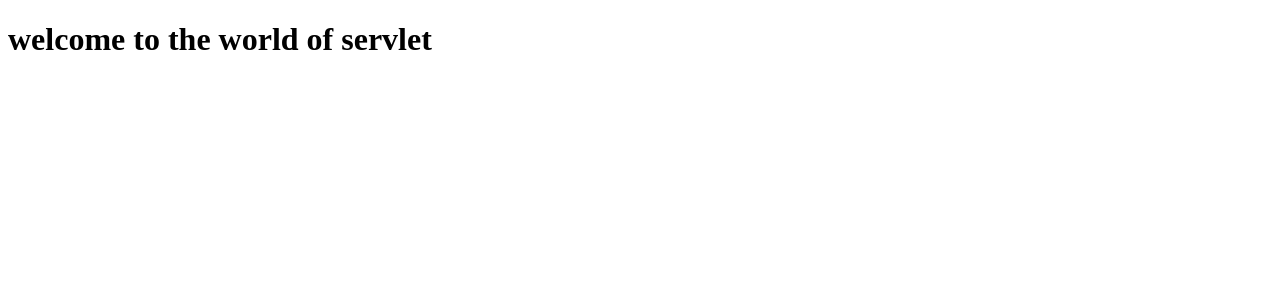
Repository: anuragbiradar-cmd/Servlet_client
Page: Servlet_Dyanamic_project/src/main/webapp/welcome.html
The author's editor kept a copy of each file at every save. The page is drawn from the files as they stood at one save, then again after the next save.
The browser window is 1280 px wide. The pictures show the whole page.

Above is the page before, as saved 2024-02-15 07:01:48.

### Servlet_Dyanamic_project/src/main/webapp/welcome.html
<!DOCTYPE html>
<html>
<head>
<meta charset="ISO-8859-1">
<title>Insert title here</title>
</head>
<body>
<h1>welcome to the world of servlet</h1>
</body>
</html>

### Servlet_Dyanamic_project/src/main/webapp/calc.css
@charset "ISO-8859-1";
body{
	background-color: blue;
	align-items: center;
	color: white;
}
body a{
	color :red;
}

After the next save:
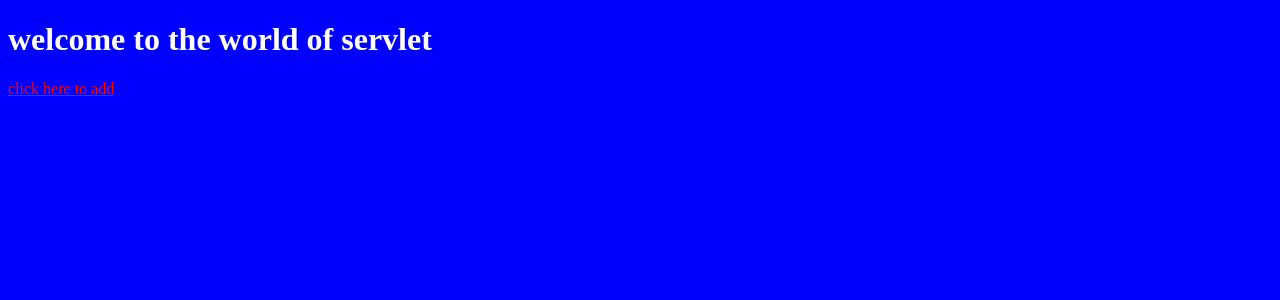
Saved 3 min 48 s later.
--- a/Servlet_Dyanamic_project/src/main/webapp/welcome.html
+++ b/Servlet_Dyanamic_project/src/main/webapp/welcome.html
@@ -1,10 +1,12 @@
 <!DOCTYPE html>
 <html>
 <head>
+<link rel="stylesheet" type="text/css" href="calc.css">
 <meta charset="ISO-8859-1">
 <title>Insert title here</title>
 </head>
 <body>
 <h1>welcome to the world of servlet</h1>
+<a href="add.html">click here to add </a>
 </body>
 </html>
